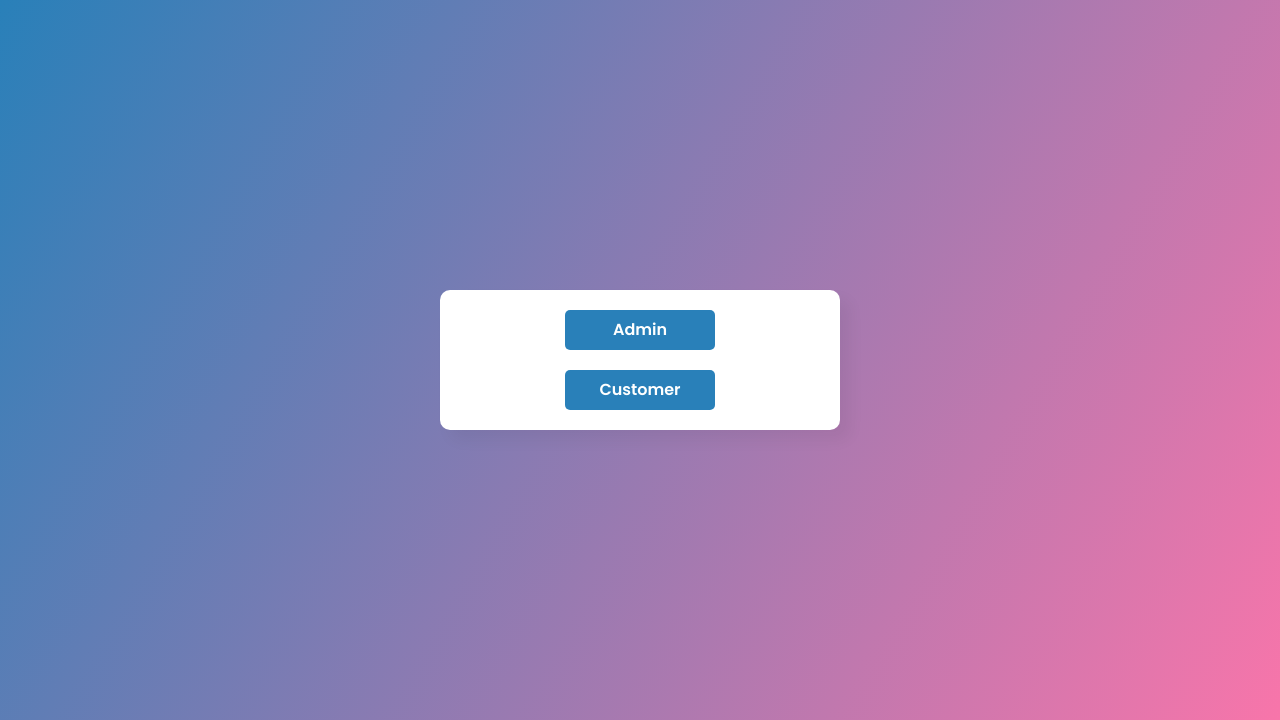
Repository: ducdatit2002/Capstone-management-product
Page: index.html
The author's editor kept a copy of each file at every save. The page is drawn from the files as they stood at one save, then again after the next save.
The browser window is 1280 px wide. The pictures show the whole page.
Some web libraries are served in a nearby version. The style sheet was rebuilt from its Sass, Less or Tailwind sources for each picture, by a compiler version that may differ from the author's.

Above is the page before, as saved 2023-10-26 16:39:45.

### index.html
<!DOCTYPE html>
<html lang="en">

<head>
	<meta charset="UTF-8" />
	<meta name="viewport" content="width=device-width, initial-scale=1.0" />
	<meta http-equiv="X-UA-Compatible" content="ie=edge" />
	<title>Quản lý sản phẩm</title>
	<link rel="stylesheet" href="https://stackpath.bootstrapcdn.com/font-awesome/4.7.0/css/font-awesome.min.css" />
	<link rel="stylesheet" href="https://maxcdn.bootstrapcdn.com/bootstrap/4.0.0/css/bootstrap.min.css"
		integrity="sha384-Gn5384xqQ1aoWXA+058RXPxPg6fy4IWvTNh0E263XmFcJlSAwiGgFAW/dAiS6JXm" crossorigin="anonymous" />

	<!-- CSS -->
	<!-- <link rel="stylesheet" href="./assets/css/style.css"> -->
	<link rel="stylesheet" href="./assets/main.css">
</head>

<body>
	<div class="center">
		<div class="btn_page">
			<a class="btn btn_admin" href="./admin/views/index.html">Admin</a>
		</div>
		<div class="btn_page">
			<a class="btn btn_customer" href="./customer/views/index.html">Customer</a>
		</div>
	</div>

	<div id="container"></div>
	<style>
		#container {
			min-width: 310px;
			max-width: 800px;
			height: 400px;
			margin: 0 auto;
		}
	</style>
	<script src="https://code.jquery.com/jquery-3.3.1.min.js"
		integrity="sha256-FgpCb/KJQlLNfOu91ta32o/NMZxltwRo8QtmkMRdAu8=" crossorigin="anonymous"></script>
	<script src="https://cdnjs.cloudflare.com/ajax/libs/popper.js/1.12.9/umd/popper.min.js"
		integrity="sha384-ApNbgh9B+Y1QKtv3Rn7W3mgPxhU9K/ScQsAP7hUibX39j7fakFPskvXusvfa0b4Q"
		crossorigin="anonymous"></script>
	<script src="https://maxcdn.bootstrapcdn.com/bootstrap/4.0.0/js/bootstrap.min.js"
		integrity="sha384-JZR6Spejh4U02d8jOt6vLEHfe/JQGiRRSQQxSfFWpi1MquVdAyjUar5+76PVCmYl"
		crossorigin="anonymous"></script>
	<script src="https://cdn.jsdelivr.net/npm/axios/dist/axios.min.js"></script>

	<!-- Customer Page -->
	<!-- <script src="./customer/models/Product.js"></script>
	<script src="./customer/services/productAPI.js"></script>
	<script src="./customer/controllers/main.js"></script> -->

	<!-- Admin Page -->
	<!-- <script src="./admin/models/Product.js"></script>
	<script src="./admin/services/productAPI.js"></script>
	<script src="./admin/controllers/main.js"></script> -->

</body>

</html>

### assets/main.scss
@import "./Helpers/variables";

@import "./Base/reset";
@import "./Components/button";
@import "./Helpers/variables";
@import "./Pages/admin";
@import "./Helpers/mixin"

### assets/Helpers/_variables.scss
// color
$color-1-white: #fff;
$color-1-blue: #2980b9;
$color-1-purple: #F875AA;
$color-sp-thongbao: red;
$color-1-content: #ACB6E5;
$color-2-content: #74ebd5;

// font-size

// breakpoints
$breakpoints: (
    "small": 576px,
    "medium": 768px,
    "large": 992px,
    "extra-large": 1200px
)

### assets/Base/_reset.scss
@import url('https://fonts.googleapis.com/css2?family=Noto+Sans:wght@700&family=Poppins:wght@400;500;600&display=swap');

* {
    margin: 0;
    padding: 0;
    box-sizing: border-box;
    font-family: "Poppins", sans-serif;
}

body {
    font-family: 'Poppins', sans-serif;
    margin: 0;
    padding: 0;
    background: linear-gradient(120deg, $color-1-blue, $color-1-purple);
    height: 100vh;
}

a:link {
    text-decoration: none;
}

.center {
    position: absolute;
    top: 50%;
    left: 50%;
    transform: translate(-50%, -50%);
    width: 400px;
    background: white;
    border-radius: 10px;
    box-shadow: 10px 10px 15px rgba(0, 0, 0, 0.05);
}

### assets/Components/_button.scss
.btn_page {
    text-align: center;
    margin-top: 20px;
    margin-bottom: 20px;
}

.btn_admin,
.btn_customer {
    width: 150px;
    height: 40px;
    border-radius: 5px;
    border: none;
    font-weight: bold;
    background-color: $color-1-blue;
    color: #fff;
    line-height: 1.8em;
}

.btn_admin:hover,
.btn_customer:hover {
    cursor: pointer;
    background-color: $color-1-purple;
    color: $color-1-white;
}

.btn_admin:hover a,
.btn_customer:hover a {
    color: $color-1-blue;
}

### assets/Pages/_admin.scss
.sp-thongbao {
    color: $color-sp-thongbao;
    margin-left: 2px;
    display: none;
}

.wrapper {
    padding-top: 40px;
}

#content {
    width: 100%;
    /* background: #74ebd5; */
    /* fallback for old browsers */
    background: -webkit-linear-gradient(to right, $color-1-content, $color-2-content);
    /* Chrome 10-25, Safari 5.1-6 */
    background: linear-gradient(to right, $color-1-content, $color-2-content);
    /* W3C, IE 10+/ Edge, Firefox 16+, Chrome 26+, Opera 12+, Safari 7+ */
}

### assets/Helpers/_mixin.scss
@mixin styleButton($background, $color, $border, $border-radius) {
    background-color: $background;
    color: $color;
    border: $border;
    border-radius: $border-radius;
}

@mixin reponsive($screen) {
    @if(map-has-key($map: $breakpoints, $key: $screen)) {
        $width: map-get($map: $breakpoints, $key: $screen);

        @media (min-width: $width) {
            @content
        }
    }else {
        @warn "invalid screen"
    }
}

After the next save:
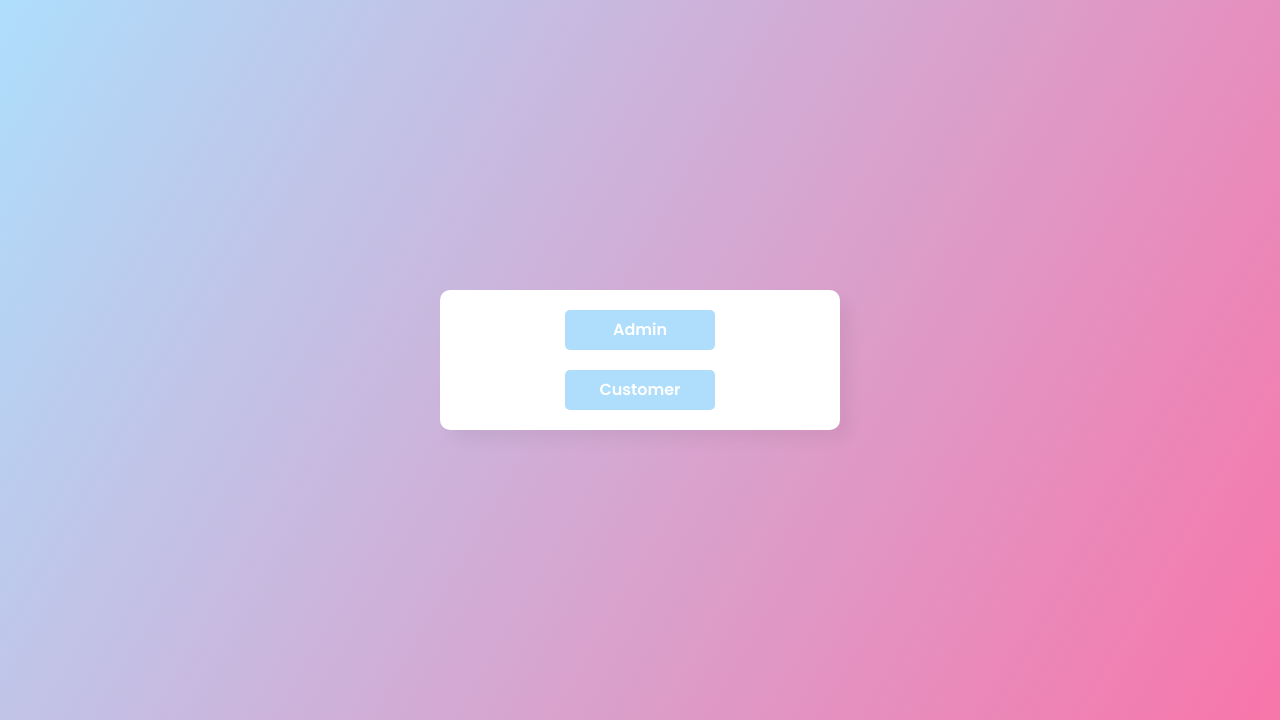
Saved 7 s later.
--- a/assets/Helpers/_variables.scss
+++ b/assets/Helpers/_variables.scss
@@ -1,6 +1,6 @@
 // color
 $color-1-white: #fff;
-$color-1-blue: #2980b9;
+$color-1-blue: #AEDEFC;
 $color-1-purple: #F875AA;
 $color-sp-thongbao: red;
 $color-1-content: #ACB6E5;
